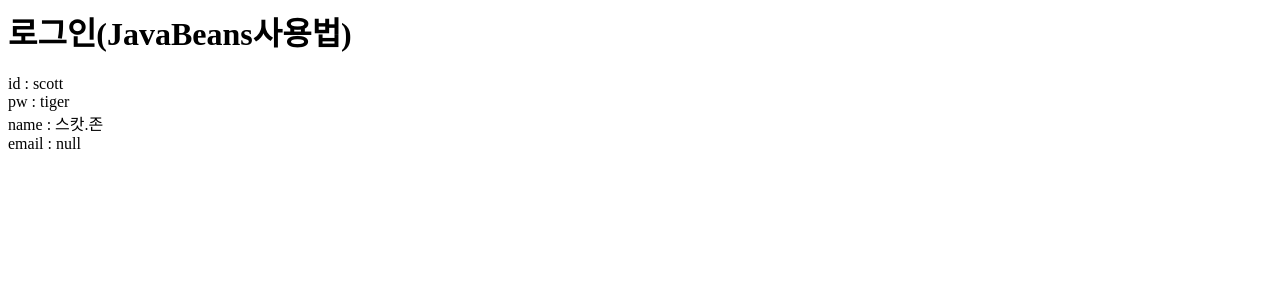
Repository: juhee1020/studying
Page: http://localhost/jsp01_basic/jsp07_beans/jsp01_beans.jsp
The author's editor kept a copy of each file at every save. The page is drawn from the files as they stood at one save, then again after the next save.
The browser window is 1280 px wide. The pictures show the whole page.
The page is served by Tomcat 9. Other server files are loaded and not shown.

Above is the page before, as saved 2022-12-13 04:19:00.

### JSP/jsp01_basic/WebContent/jsp07_beans/jsp01_beans.jsp
<%@page import="com.lec.member.Member"%>
<%@page language="java" contentType="text/html; charset=UTF-8" pageEncoding="UTF-8"%>
<jsp:useBean id="member" class="com.lec.member.Member" scope="request"></jsp:useBean>
<!DOCTYPE html>
<html>
<head>
<meta charset="UTF-8">
<title>Insert title here</title>
</head>
<body>

<%
	// DB연결해서 정보를 가져온다면
	// Member member = new Member();
	member.setId("scott");
	member.setPassword("tiger");
	member.setName("스캇.존");
%>
<jsp:forward page="jsp01_member.jsp"></jsp:forward>
</body>
</html>

### JSP/jsp01_basic/WebContent/jsp07_beans/jsp01_member.jsp
<%@page language="java" contentType="text/html; charset=UTF-8" pageEncoding="UTF-8"%>
<jsp:useBean id="member" class="com.lec.member.Member" scope="request"/>

<div class="container">
	<h1>로그인(JavaBeans사용법)</h1>
	<div>id : <%= member.getId() %></div>
	<div>pw : <%= member.getPassword() %></div>
	<div>name : <%= member.getName() %></div>
	<div>email : <%= member.getEmail() %></div>
</div>

### JSP/jsp01_basic/src/main/java/com/lec/member/Member.java
package com.lec.member;
import java.util.Date;

public class Member {
	private String id;
	private String password;
	private String name;
	private Date registerDate;
	private String email;


	public String getId() {
		return id;
	}
	public void setId(String id) {
		this.id = id;
	}
	public String getPassword() {
		return password;
	}
	public void setPassword(String password) {
		this.password = password;
	}
	public String getName() {
		return name;
	}
	public void setName(String name) {
		this.name = name;
	}
	public Date getRegisterDate() {
		return registerDate;
	}
	public void setRegisterDate(Date registerDate) {
		this.registerDate = registerDate;
	}
	public String getEmail() {
		return email;
	}
	public void setEmail(String email) {
		this.email = email;
	}


}

After the next save:
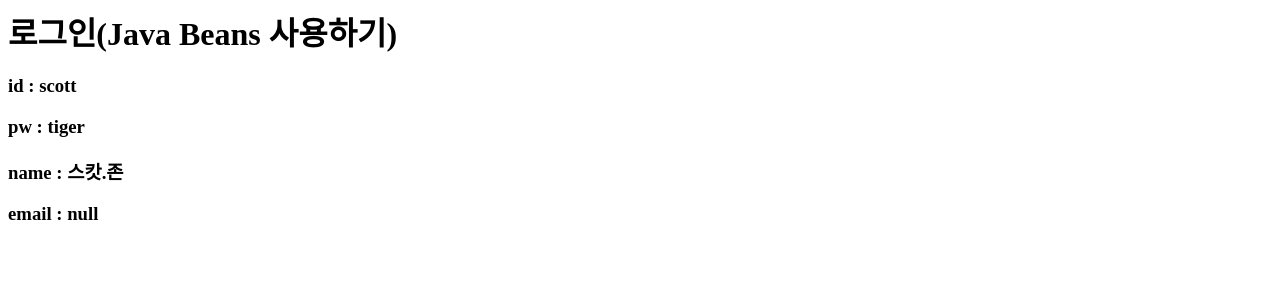
Saved 15 s later.
--- a/JSP/jsp01_basic/WebContent/jsp07_beans/jsp01_member.jsp
+++ b/JSP/jsp01_basic/WebContent/jsp07_beans/jsp01_member.jsp
@@ -1,10 +1,9 @@
 <%@page language="java" contentType="text/html; charset=UTF-8" pageEncoding="UTF-8"%>
 <jsp:useBean id="member" class="com.lec.member.Member" scope="request"/>
-
 <div class="container">
-	<h1>로그인(JavaBeans사용법)</h1>
-	<div>id : <%= member.getId() %></div>
-	<div>pw : <%= member.getPassword() %></div>
-	<div>name : <%= member.getName() %></div>
-	<div>email : <%= member.getEmail() %></div>
+	<h1>로그인(Java Beans 사용하기)</h1>
+	<h3>id    : <%= member.getId() %></h3>
+	<h3>pw    : <%= member.getPassword() %></h3>
+	<h3>name  : <%= member.getName() %></h3>
+	<h3>email : <%= member.getEmail() %></h3>
 </div>
